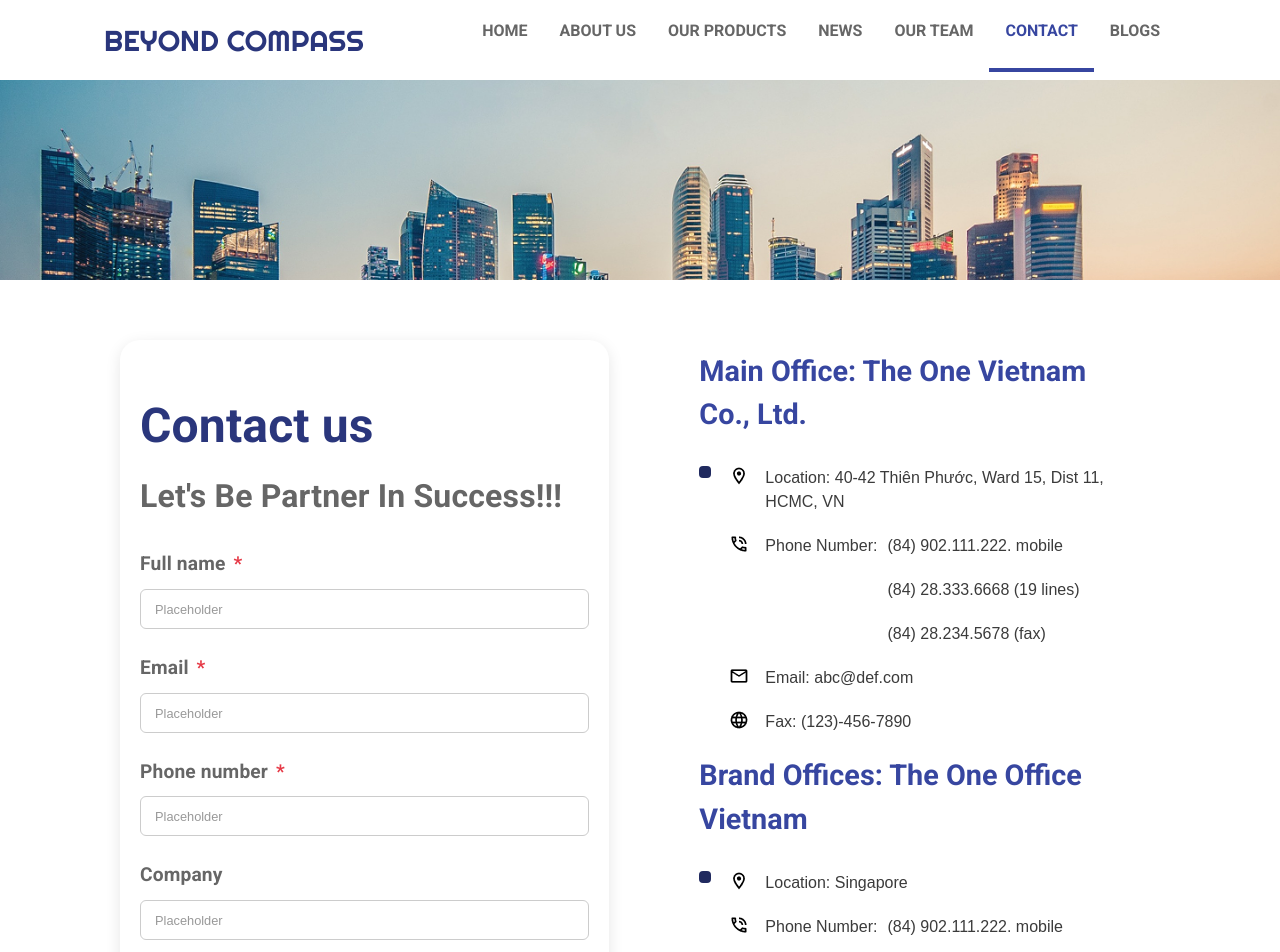
Repository: trunghau06/baitapRn
Page: pages/contact.html
These files come from the project's save history. The page is drawn as it stood at one moment and after a run of saves; the edit follows.
The browser window is 1280 px wide. The pictures show the part of the page from y = 0 to 952 px (the page is 3106 px tall before and 3112 px after).
Some web fonts or font styles are not loaded; a fallback is used.

Above is the page before, as saved 2025-10-15 19:59:17.

After the next 2 saves:
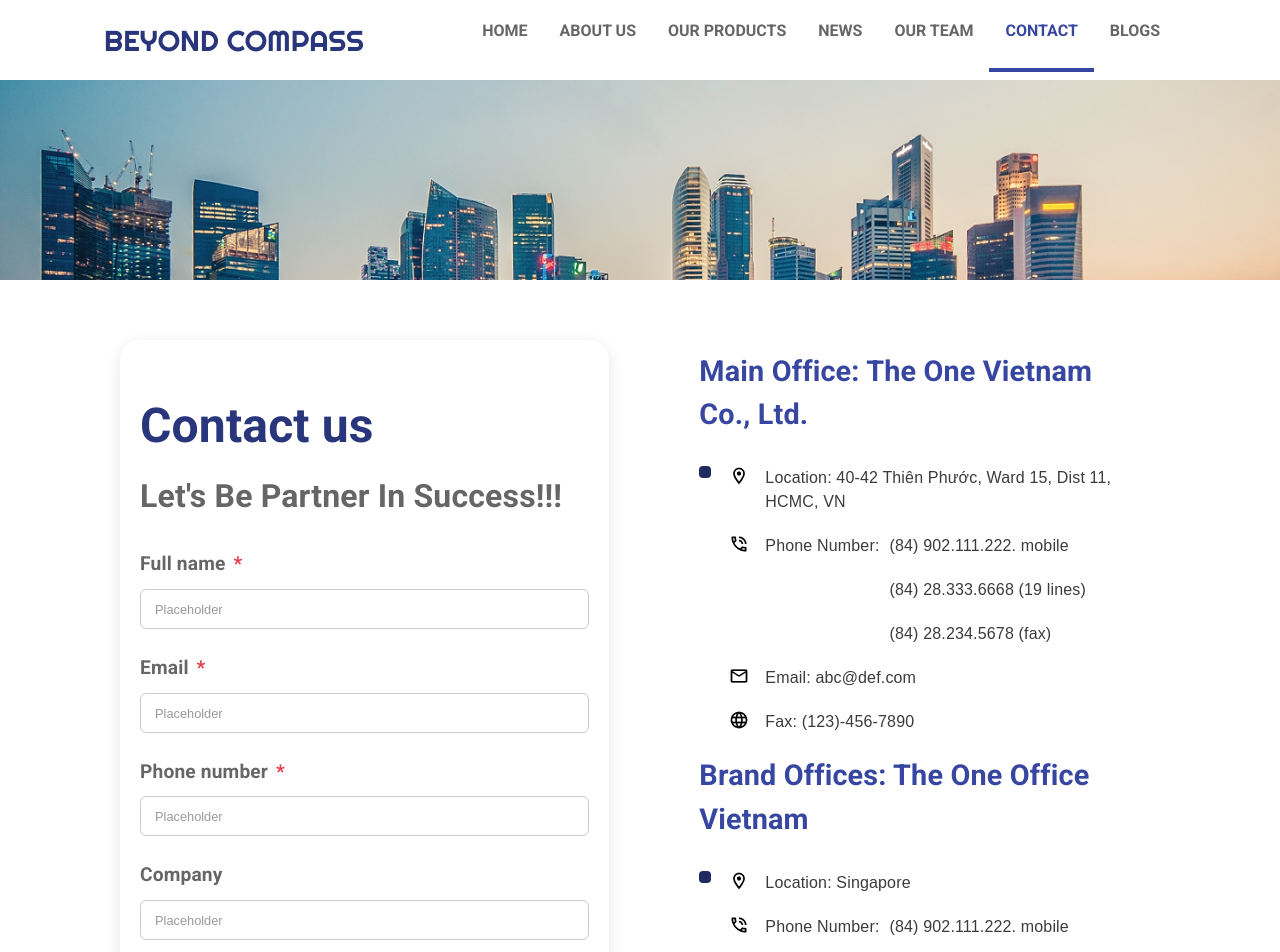
The 2 saves are shown as one change because they came seconds apart.
The last was saved 32 s later.
--- a/style/contact.css
+++ b/style/contact.css
@@ -191,7 +191,7 @@ nav {
     color: #3746A0;
     font-size: 1.8em;
     line-height: 1.5;
-    letter-spacing: 1;
+    letter-spacing: 0.16px;
     font-weight: bold;
     margin-bottom: 10px;
 }
@@ -226,7 +226,7 @@ nav {
     font-size: 1em;
     color: #3B3B3B;
     line-height: 1.5;
-    letter-spacing: 1;
+    letter-spacing: 0.16px;
 }
 
 .phoneContact-group {
@@ -242,7 +242,7 @@ nav {
     margin-bottom: 20px;
     color: #3B3B3B;
     line-height: 1.5;
-    letter-spacing: 1;
+    letter-spacing: 0.16px;
 }
 
 .phoneContact-group .phoneContact p:nth-of-type(3) {
@@ -275,6 +275,8 @@ nav {
     font-size: 1.2em;
     font-weight: bold;
     margin: 10px 40px;
+    line-height: 1.5;
+    letter-spacing: 0.16px;
 }
 
 .map-iframe {
